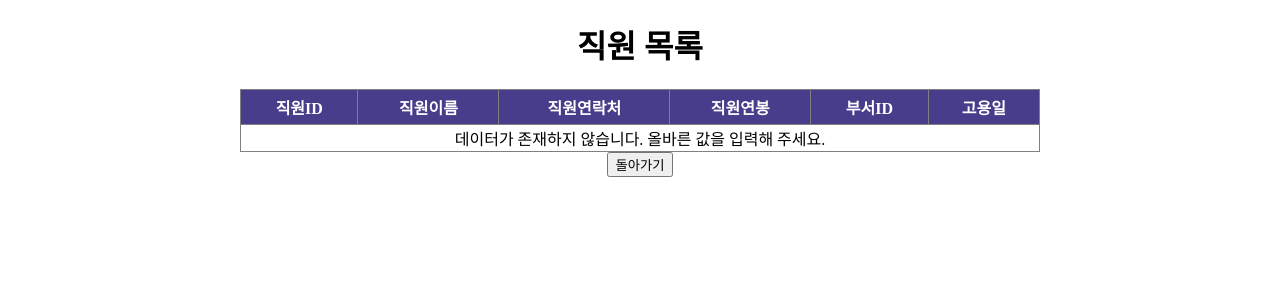
Repository: jongmin0919/soldesk_project
Page: http://localhost/chapter16_search/searchOne.jsp
An editor plug-in stored every save of this project. The page is shown before and after the next save, followed by the edit.
The browser window is 1280 px wide. The pictures show the whole page.
The page is served by Tomcat 9. The template is opened directly, without the code that normally fills it, so the values that code supplies are empty.

Above is the page before, as saved 2024-08-15 10:57:01.

After the next save:
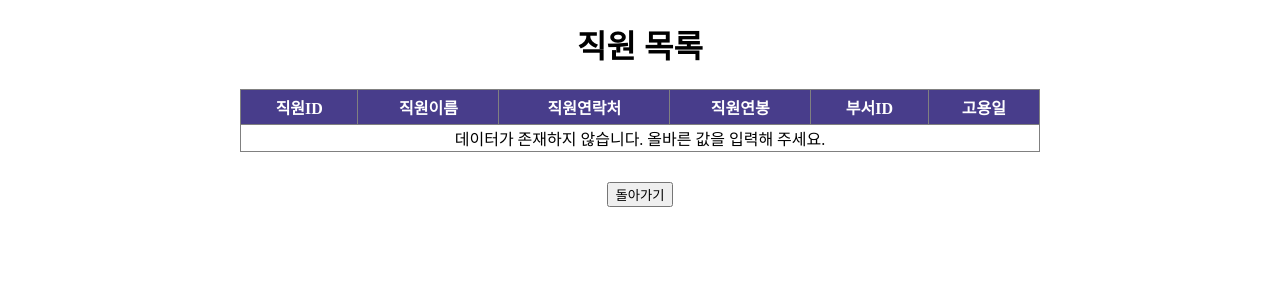
Saved 3 s later.
--- a/searching_project/chapter16_search/WebContent/searchOne.jsp
+++ b/searching_project/chapter16_search/WebContent/searchOne.jsp
@@ -67,7 +67,7 @@
                 </c:choose>
             </tbody>
         </table>
-        <button style = "margin-top : 30" >돌아가기</button>
+        <button style = "margin-top : 30px" >돌아가기</button>
     </div>
 </body>
 </html>
